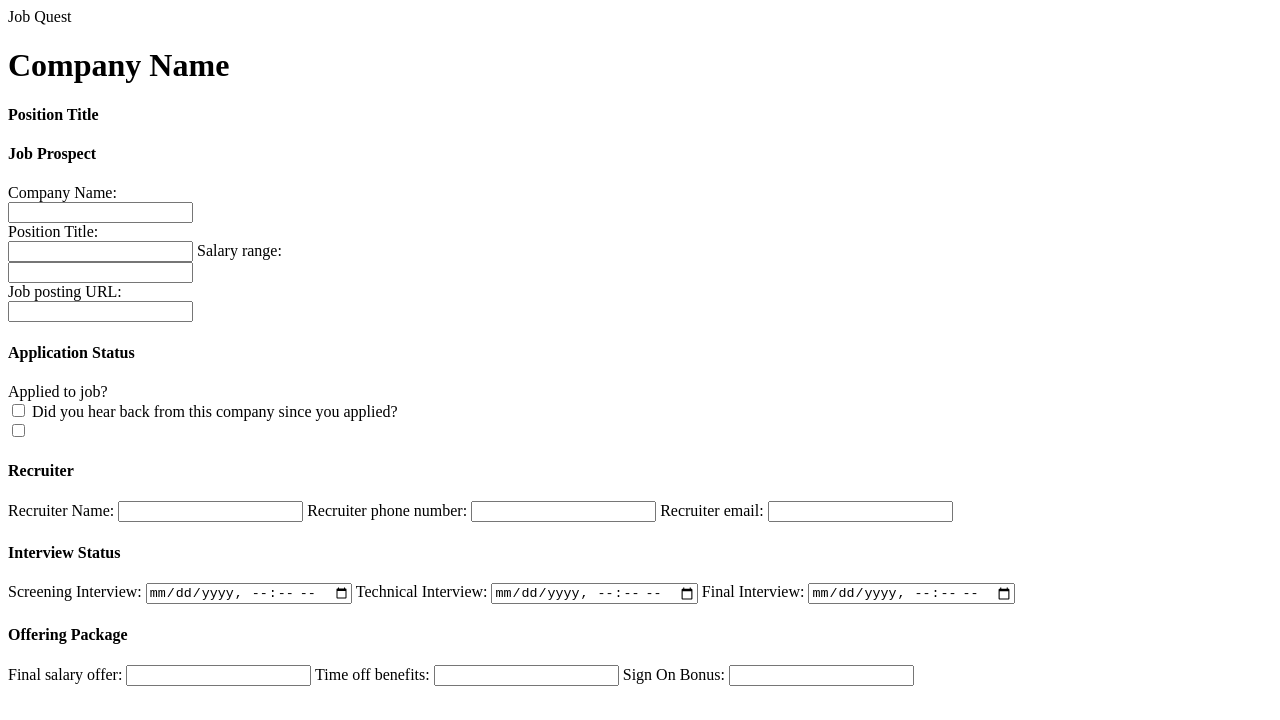
Repository: AllSystemsRGeorge/Job-Quest
Page: utils/mainPageHelper.html
An editor plug-in stored every save of this project. The page is shown before and after the next save, followed by the edit.
The browser window is 1280 px wide. The pictures show the whole page.

Above is the page before, as saved 2022-08-04 17:42:49.

### utils/mainPageHelper.html
<!DOCTYPE html>
<html lang="en">
<head>
    <meta charset="UTF-8">
    <meta http-equiv="X-UA-Compatible" content="IE=edge">
    <meta name="viewport" content="width=device-width, initial-scale=1.0">
    <title>Job Quest</title>
</head>
<body>
    <nav>Job Quest</nav>
    <div class="jobCard">
        <div class="cardHeader">
            <h1>Company Name</h1>
            <h4>Position Title</h4>
        </div>
    </div>
    <form>
        <!-- job summary -->
        <h4>Job Prospect</h4>
        <label for="name">Company Name:</label><br>
        <input type="text" name="name"><br>
        <label for="position">Position Title:</label><br>
        <input type="text" name="position">
        <label for="initialSalary">Salary range:</label><br>
        <input type="number" name="initialSalary"><br>
        <label for="jobDesLink">Job posting URL: </label><br>
        <input type="url" name="jobDesLink">

        <!-- application process -->
        <h4>Application Status</h4>
        <label for="applied">Applied to job?</label><br>
        <input type="checkbox" name="jobApplication">
        <label for="feedback">Did you hear back from this company since you applied?</label><br>
        <input type="checkbox" name="feedback">

        <!-- recruiter contact info -->
        <h4>Recruiter</h4>
        <label for="recName">Recruiter Name:</label>
        <input type="text" name="recName">
        <label for="recPhoneNum">Recruiter phone number:</label>
        <input type="tel" name="recPhoneNum">
        <label for="recEmail">Recruiter email:</label>
        <input type="email" name="recEmail">

        <!-- interview process -->
        <h4>Interview Status</h4>
        <label for="screeningInt">Screening Interview:</label>
        <input type="datetime-local" name="screeningInt">
        <label for="technicalInt">Technical Interview:</label>
        <input type="datetime-local" name="technicalInt">
        <label for="finalInt">Final Interview:</label>
        <input type="datetime-local" name="finalInt">

        <!-- hiring process -->
        <h4>Offering Package</h4>
        <label for="finalSalary">Final salary offer:</label>
        <input type="number" name="finalSalary">
        <label for="finalSalary">Time off benefits:</label>
        <input type="text" name="finalSalary">
        <label for="stockOpt">Sign On Bonus:</label>
        <input type="number" name="finalSalary">

    </form>
</body>
</html>

After the next save:
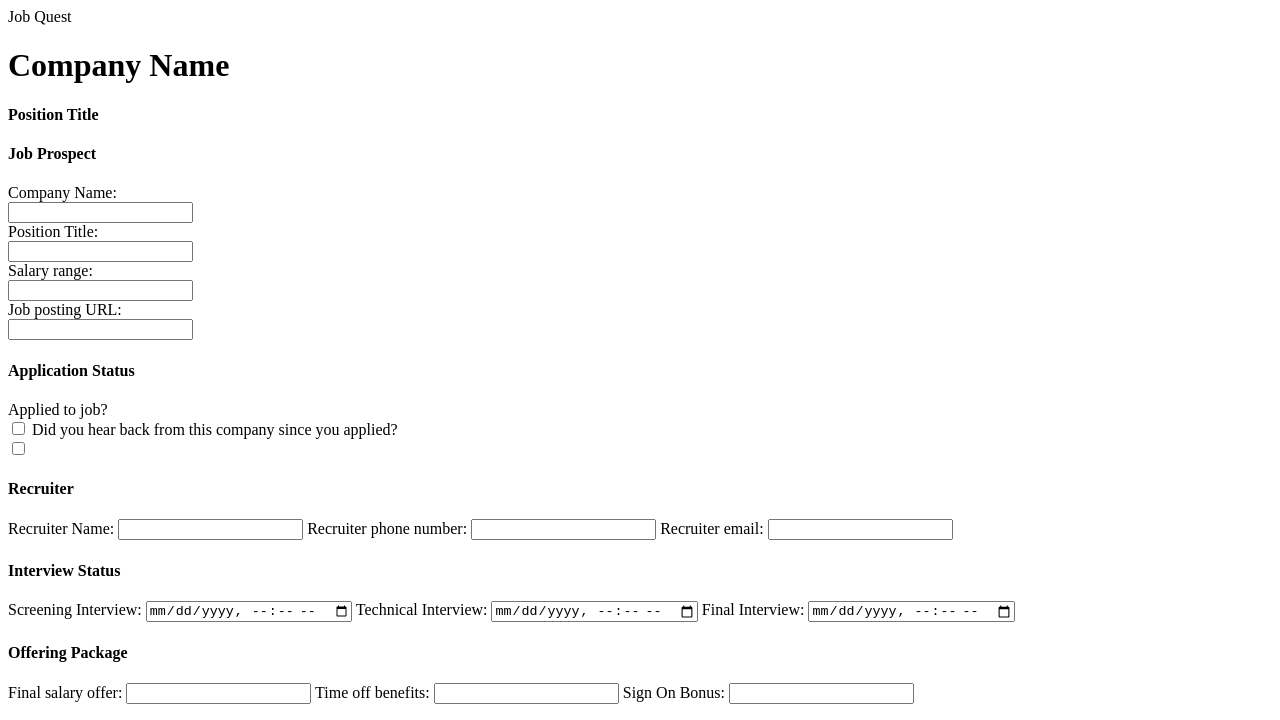
Saved 25 s later.
--- a/utils/mainPageHelper.html
+++ b/utils/mainPageHelper.html
@@ -20,7 +20,7 @@
         <label for="name">Company Name:</label><br>
         <input type="text" name="name"><br>
         <label for="position">Position Title:</label><br>
-        <input type="text" name="position">
+        <input type="text" name="position"><br>
         <label for="initialSalary">Salary range:</label><br>
         <input type="number" name="initialSalary"><br>
         <label for="jobDesLink">Job posting URL: </label><br>
